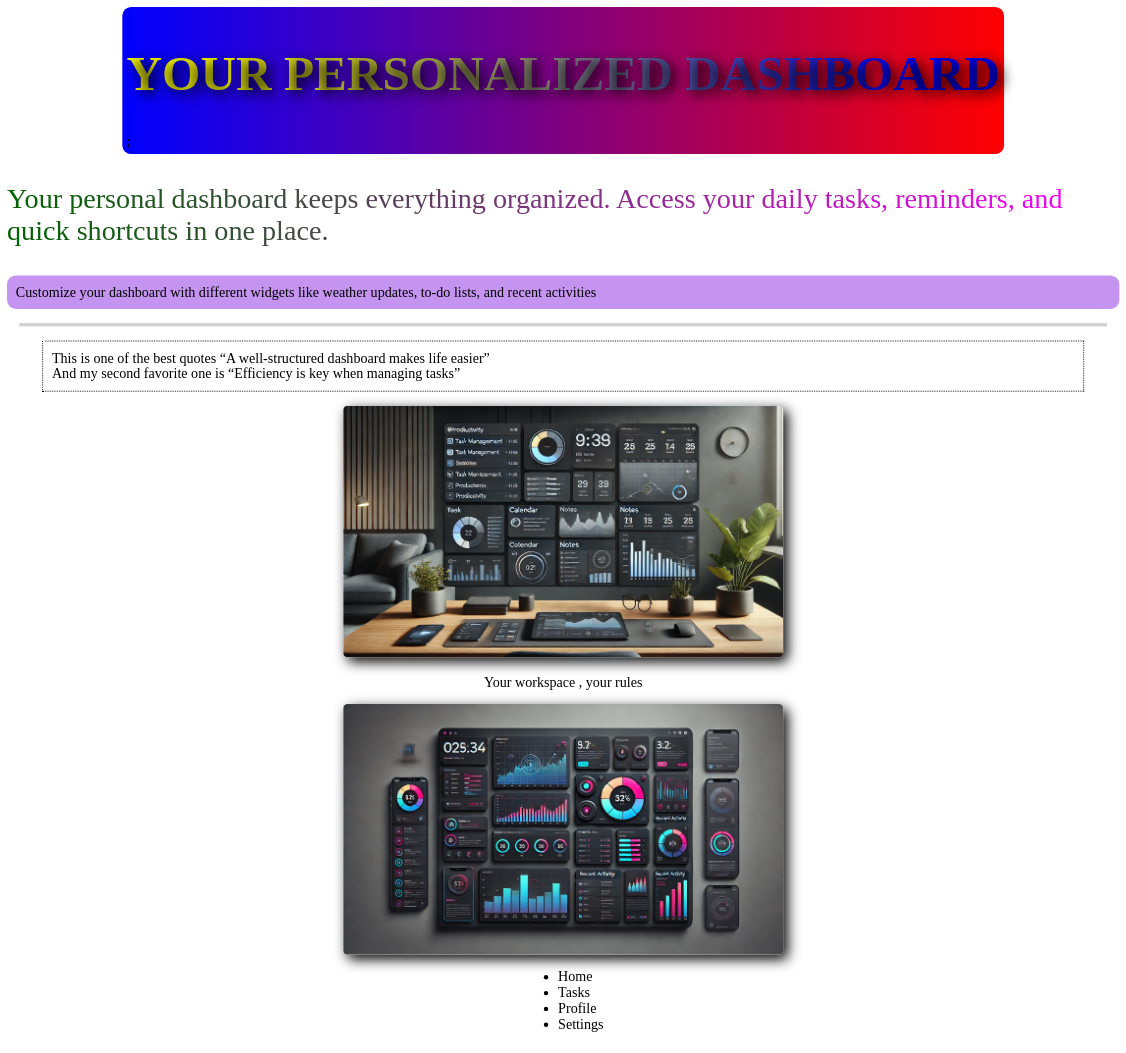
Repository: Parnicoza/testecomplete
Page: testcomplet-14.html
The author's editor kept a copy of each file at every save. The page is drawn from the files as they stood at one save, then again after the next save.
The browser window is 1280 px wide. The pictures show the whole page, at 88% of full size.

Above is the page before, as saved 2025-02-24 18:18:25.

After the next save:
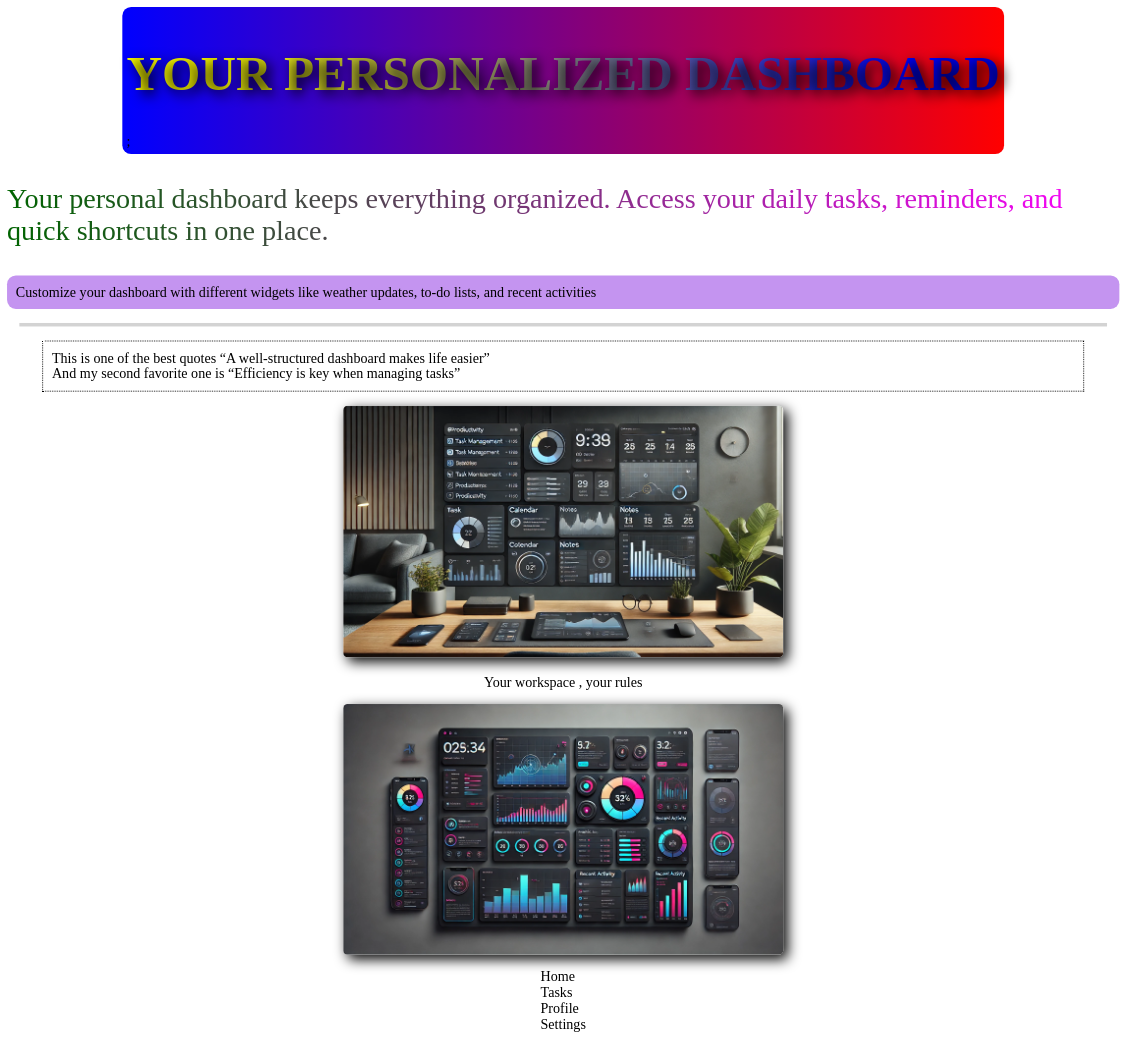
Saved 1 s later.
--- a/testcomplet-14.html
+++ b/testcomplet-14.html
@@ -35,7 +35,7 @@
 
         <div class="Dashboard">
             <div>
-                <ul>
+                <ul class="list">
                     <li>Home</li>
                     <li>Tasks</li>
                     <li>Profile</li>
